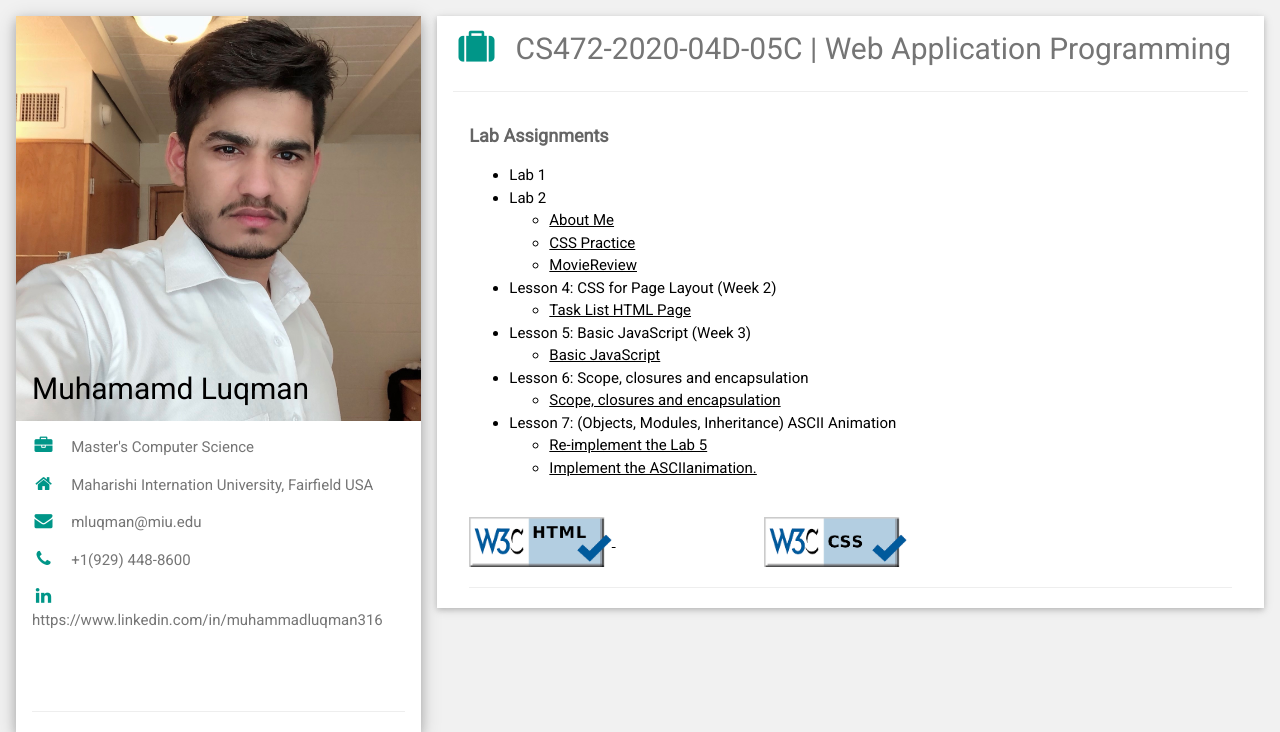
Repository: luqmang316/luqmang316.github.io
Page: index.html
The author's editor kept a copy of each file at every save. The page is drawn from the files as they stood at one save, then again after the next save.
The browser window is 1280 px wide. The pictures show the whole page.

Above is the page before, as saved 2021-07-25 10:34:18.

After the next save:
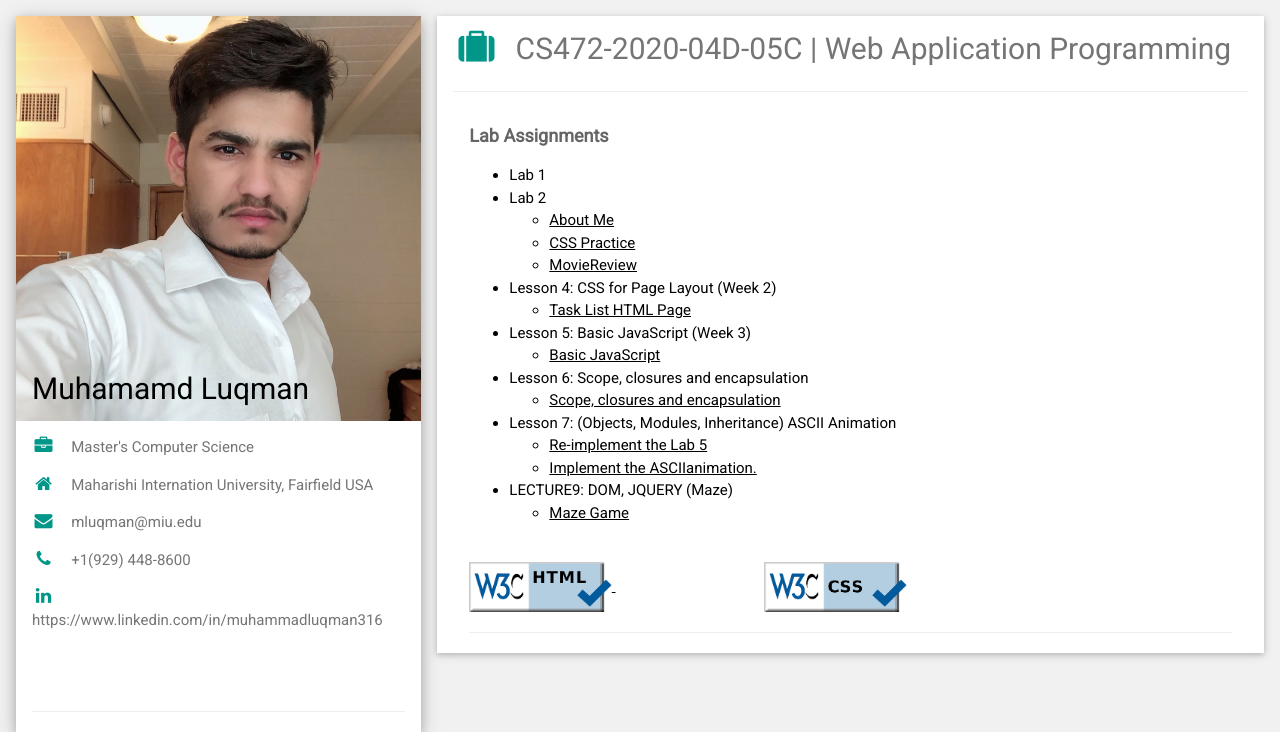
Saved 6 days later.
--- a/index.html
+++ b/index.html
@@ -99,14 +99,14 @@
 
                             </li>
 
-                            <!-- <li>LECTURE9: DOM, JQUERY (Maze)
+                            <li>LECTURE9: DOM, JQUERY (Maze)
                                 <ul class="inside">
                                     <li> <a href="MazeGame/Maze.html">Maze Game</a></li>
                                 </ul>
 
                             </li>
 
-                            <li>Lab 9</li>
+                            <!-- <li>Lab 9</li>
                             <li>Lab 10</li> -->
 
                         </ul>
